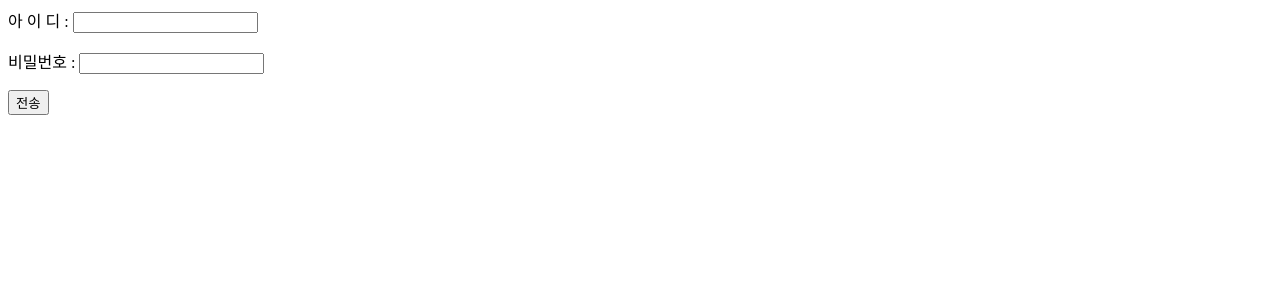
Repository: hodob/JSP_Practice
Page: http://localhost/JSP_WebMarket_JJH/ch08_ex/ex2.jsp
An editor plug-in stored every save of this project. The page is shown before and after the next save, followed by the edit.
The browser window is 1280 px wide. The pictures show the whole page.
The page is served by Tomcat 9.

Above is the page before, as saved 2022-08-11 03:38:39.

After the next save:
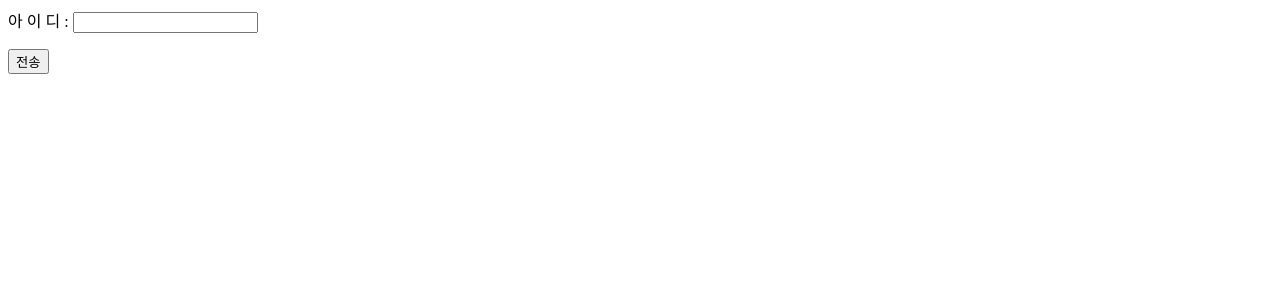
Saved 3 min 50 s later.
--- a/JSP_WebMarket_JJH/WebContent/ch08_ex/ex2.jsp
+++ b/JSP_WebMarket_JJH/WebContent/ch08_ex/ex2.jsp
@@ -14,7 +14,6 @@
 <body>
 	<form name="loginForm" action="validation02_process.jsp" method="post">
 		<p>	아 이 디 : <input type="text" name="id">
-		<p>	비밀번호 : <input type="password" name="passwd">
 		<p>	<input type="button" value="전송" onclick="checkLogin()">
 	</form>
 </body>
